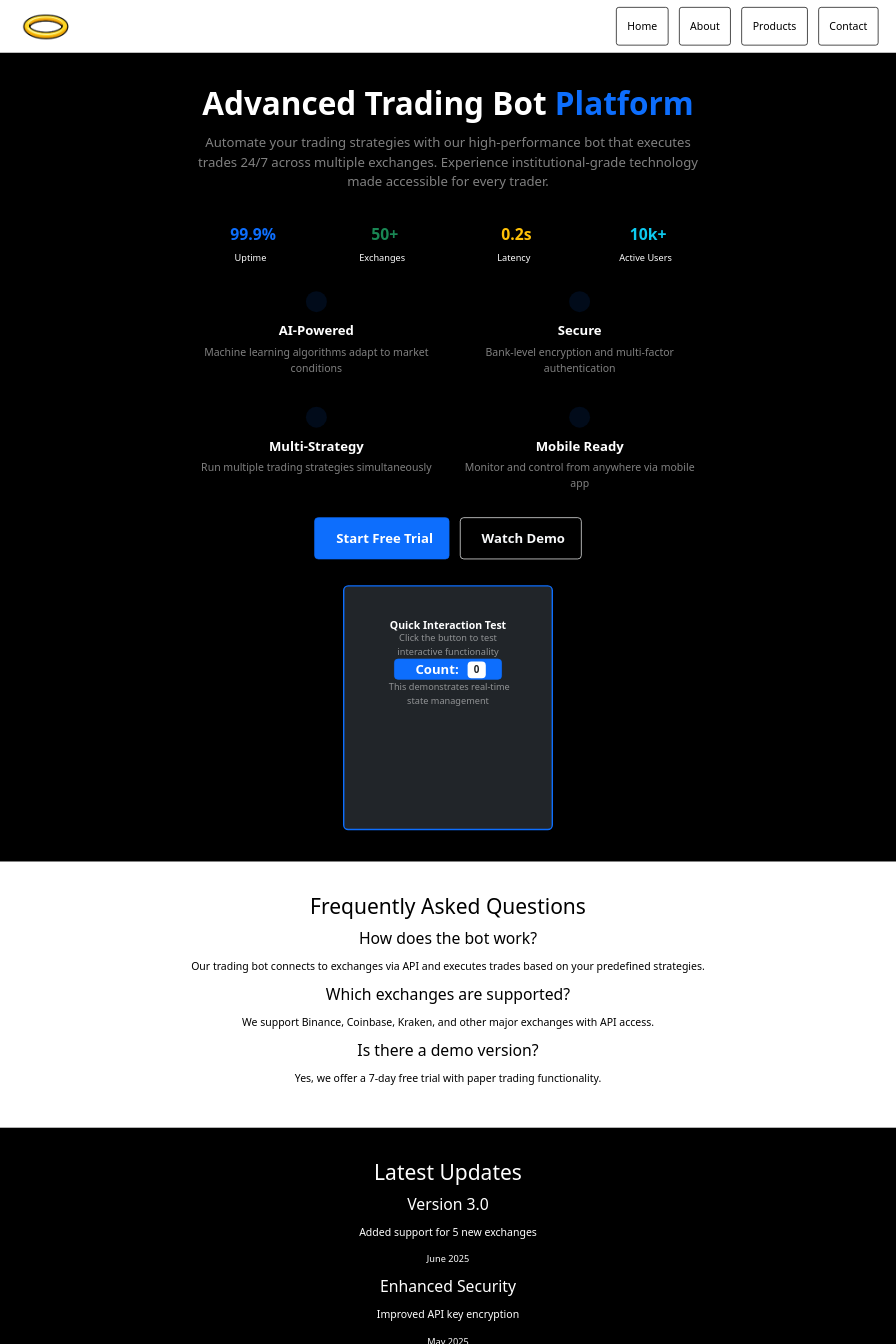
Repository: Kevin-Pro-Codes/halo-trading
Page: /
An editor plug-in stored every save of this project. The page is shown before and after the next save, followed by the edit.
The browser window is 1280 px wide. The pictures show the part of the page from y = 0 to 1920 px (the page is 8997 px tall), at 70% of full size.
The page's requests for data from a server got no answer. The project was rebuilt for these pictures with package versions that can differ from the ones it lists, and the page was loaded fresh each time. Some packages were replaced by stand-ins written for this rebuild. No one was signed in, and anything a server would have sent is missing. Also part of the build but not shown: vite.config.js, src/styles/DocStyle.css, src/styles/PricingStyle.css.

Above is the page before, as saved 2025-12-09 14:42:52.

After the next save:
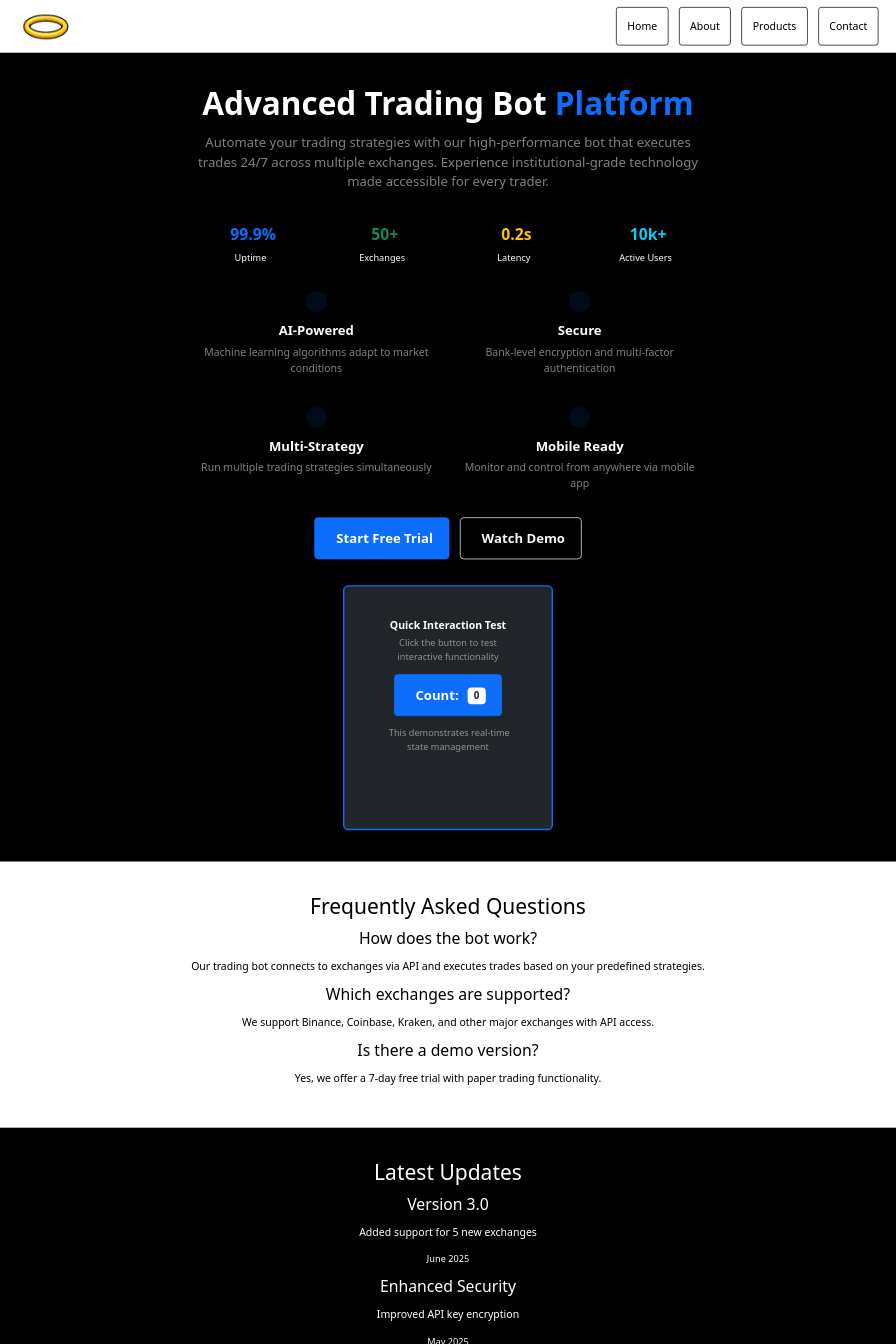
Saved 9 s later.
--- a/src/components/IntroSection.jsx
+++ b/src/components/IntroSection.jsx
@@ -93,12 +93,12 @@ const IntroSection = ({ count, setCount }) => {
           <div className="col-lg-6">
             <div className="card bg-dark border-primary border-2 mb-0">
               <div className="card-body p-4">
-                <h6 className="fw-bold text-white mb-0">Quick Interaction Test</h6>
-                <p className="text-white-50 small mb-0">Click the button to test interactive functionality</p>
+                <h6 className="fw-bold text-white mb-2">Quick Interaction Test</h6>
+                <p className="text-white-50 small mb-3">Click the button to test interactive functionality</p>
 
                 <button
                   onClick={() => setCount(count + 1)}
-                  className="btn btn-primary btn-lg px-4 py-0 fw-bold mb-0"
+                  className="btn btn-primary btn-lg px-4 py-3 fw-bold mb-3"
                 >
                   <i className="fas fa-mouse-pointer me-2"></i>
                   Count: <span className="badge bg-white text-dark ms-2">{count}</span>
